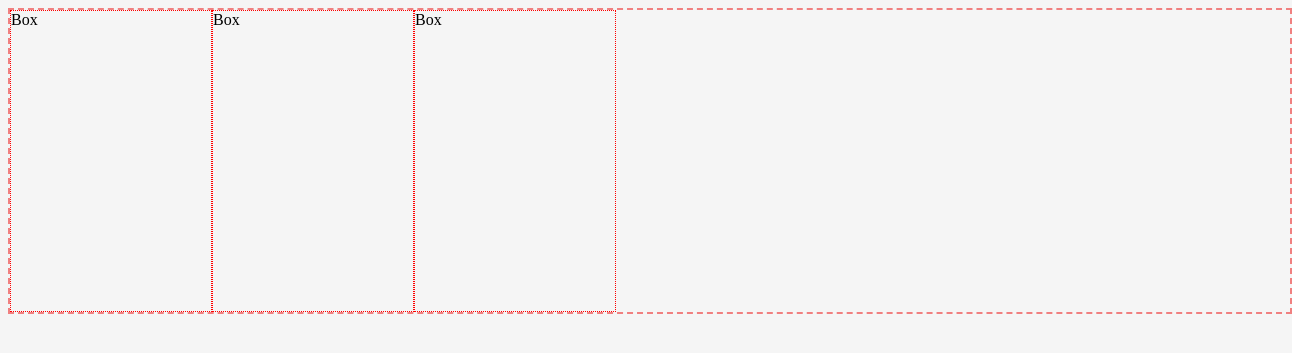
Repository: burnsco/social-editor
Page: index.html
These files come from the project's save history. The page is drawn as it stood at one moment and after the next save; the edit follows.
The browser window is 1280 px wide. The page is 1292 px wide, then 1280 px, so the pictures cover 1292 px, including what lies to the right of the window. The pictures show the whole page.

Above is the page before, as saved 2024-01-08 08:08:05.

### index.html
<!DOCTYPE html>
<html lang="en">

<head>
  <meta charset="UTF-8">
  <meta name="viewport" content="width=device-width, initial-scale=1.0">
  <title>SocialEditor -- Simple editor to create and publish social media posts</title>
  <link rel="stylesheet" href="index.css">
</head>

<body>

  <main class="main-container">

    <div class="box">
      Box
    </div>

    <div class="box">
      Box
    </div>

    <div class="box">
      Box
    </div>

  </main>


</body>

</html>

### index.css
body {
  background-color: whitesmoke;
}

.main-container {
  border: 2px dashed lightcoral;
  width: 100vw;
  display: flex;
}

.box {
  width: 200px;
  height: 300px;
  border: 1px dotted red;
}

After the next save:
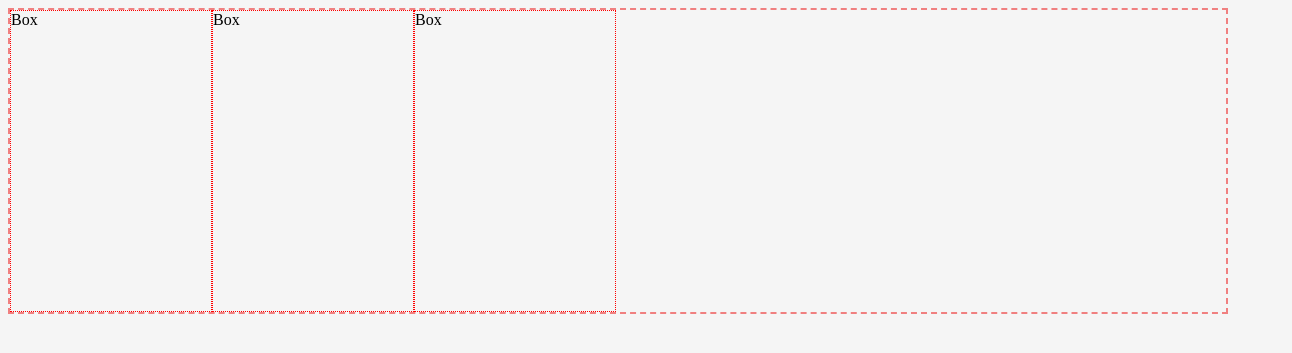
Saved 7 s later.
--- a/index.css
+++ b/index.css
@@ -4,7 +4,7 @@ body {
 
 .main-container {
   border: 2px dashed lightcoral;
-  width: 100vw;
+  width: 95vw;
   display: flex;
 }
 
